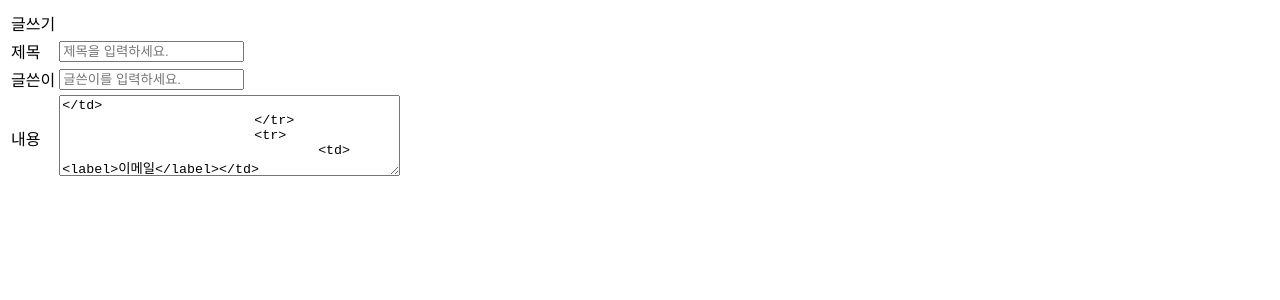
Repository: k0603156/JAVA
Page: http://localhost/StartBoard/
These files come from the project's save history. The page is drawn as it stood at one moment and after the next save; the edit follows.
The browser window is 1280 px wide. The pictures show the whole page.
The page is served by Tomcat 9. Other server files are loaded and not shown.

Above is the page before, as saved 2020-03-09 06:07:11.

### SERVLET/workspace/StartBoard/WebContent/index.jsp
<%@ page language="java" contentType="text/html; charset=UTF-8"
	pageEncoding="UTF-8"%>
<!DOCTYPE html>
<html>
<head>
<meta charset="UTF-8">
<title>Insert title here2</title>
</head>
<body>
	<!-- <h1>Index.jsp</h1> -->
	<!-- <span><a href="http://www.naver.com">naver</a></span> -->
	<!-- <span><a href="./test.do?my_name=kim">for Send Your Name. Click!</a></span> -->
	<form action="./writeSave.do" method="POST">
		<table>
			<tr>
				<td colspan="2">글쓰기
			</tr>
			<tr>
				<td><label>제목</label></td>
				<td><input name="title" type="text" placeholder="제목을 입력하세요." />
				</td>
			</tr>
			<tr>
				<td><label>글쓴이</label></td>
				<td><input name="author" type="text" placeholder="글쓴이를 입력하세요." />
				</td>
			</tr>
			<tr>
				<td><label>내용</label></td>
				<td><textarea cols="40" rows="5" name="body" placeholder="내용을 입력하세요." /></td>
			</tr>
			<tr>
				<td><label>이메일</label></td>
				<td><input name="body" type="email" placeholder="이메일을 입력하세요." /></td>
			</tr>
			<tr>
				<td colspan="2"><input type="submit" value="글 작성" />&nbsp; <input
					type="reset" value="지우기" /></td>
			</tr>
		</table>
	</form>
</body>
</html>

After the next save:
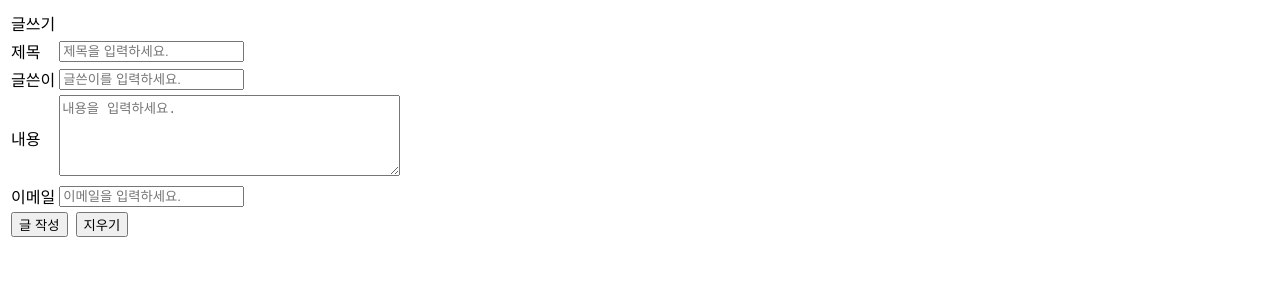
Saved 22 s later.
--- a/SERVLET/workspace/StartBoard/WebContent/index.jsp
+++ b/SERVLET/workspace/StartBoard/WebContent/index.jsp
@@ -27,7 +27,7 @@
 			</tr>
 			<tr>
 				<td><label>내용</label></td>
-				<td><textarea cols="40" rows="5" name="body" placeholder="내용을 입력하세요." /></td>
+				<td><textarea cols="40" rows="5" name="body" placeholder="내용을 입력하세요." ></textarea></td>
 			</tr>
 			<tr>
 				<td><label>이메일</label></td>
